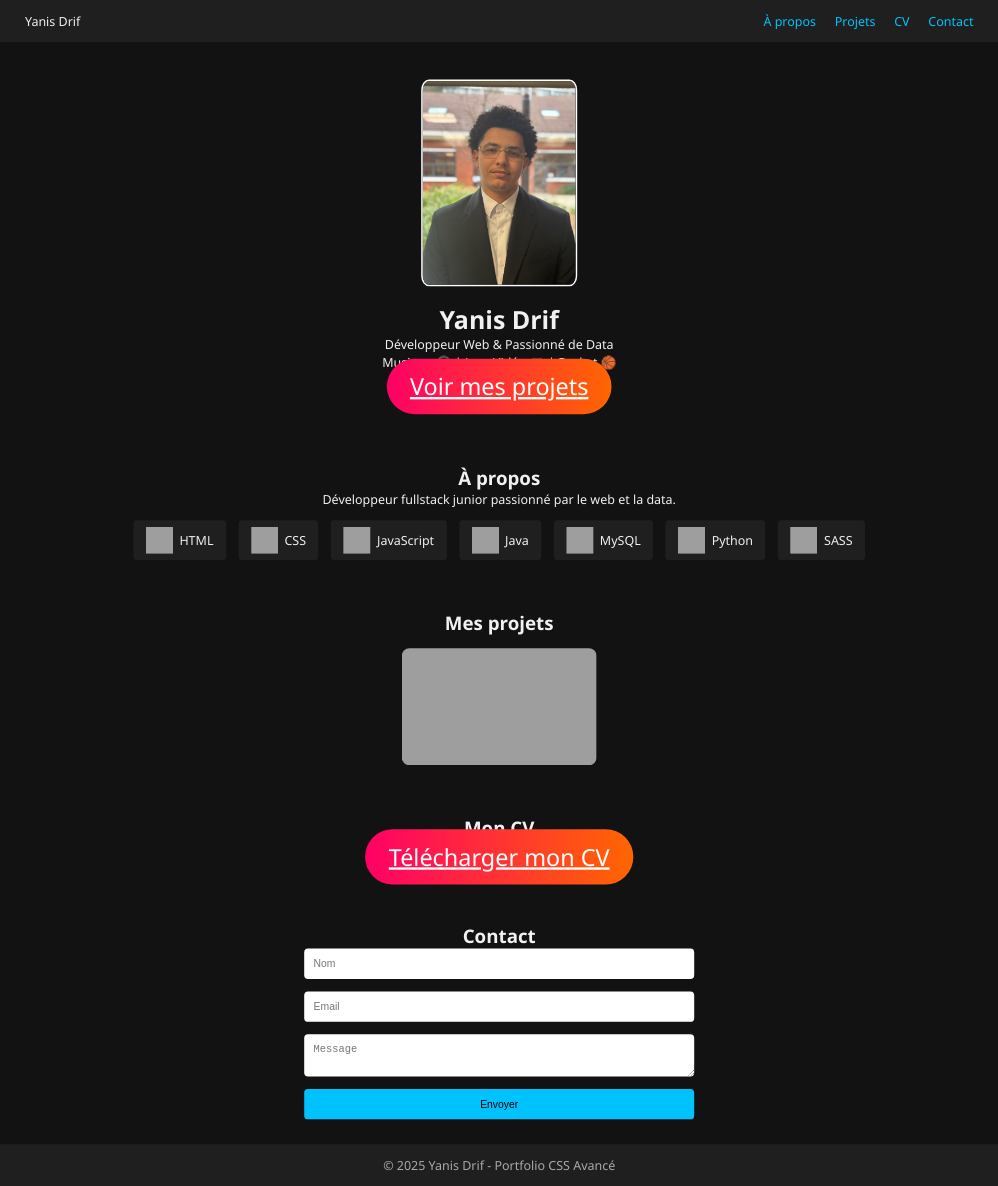
Repository: Yxniiss/ProjetCssAvance
Page: OneDrive/Bureau/Portfolio DrifYanis/home.html
The author's editor kept a copy of each file at every save. The page is drawn from the files as they stood at one save, then again after the next save.
The browser window is 1280 px wide. The pictures show the whole page, at 78% of full size.
Pictures or frames that could not be fetched are drawn as grey boxes.

Above is the page before, as saved 2025-04-10 10:20:48.
Console error: TypeError: Cannot set properties of null (setting 'textContent')

After the next save:
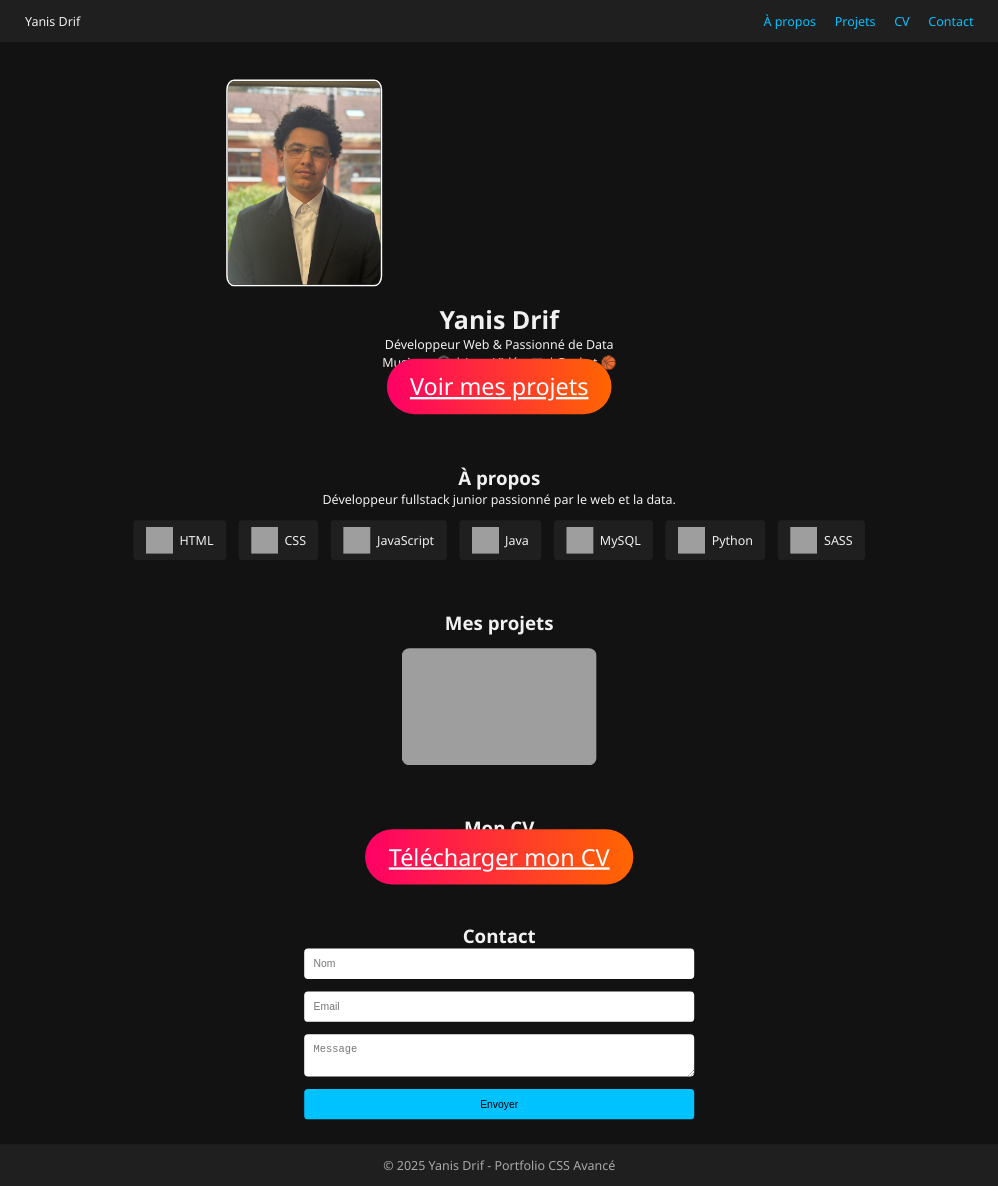
Saved 97 s later.
--- a/OneDrive/Bureau/Portfolio DrifYanis/style.css
+++ b/OneDrive/Bureau/Portfolio DrifYanis/style.css
@@ -38,6 +38,8 @@
     width: 200px;
     border: 2px solid #ffffff;
     margin-bottom: 1rem;
+    position: relative;
+    right:250px ;
   }
 
   .section {
